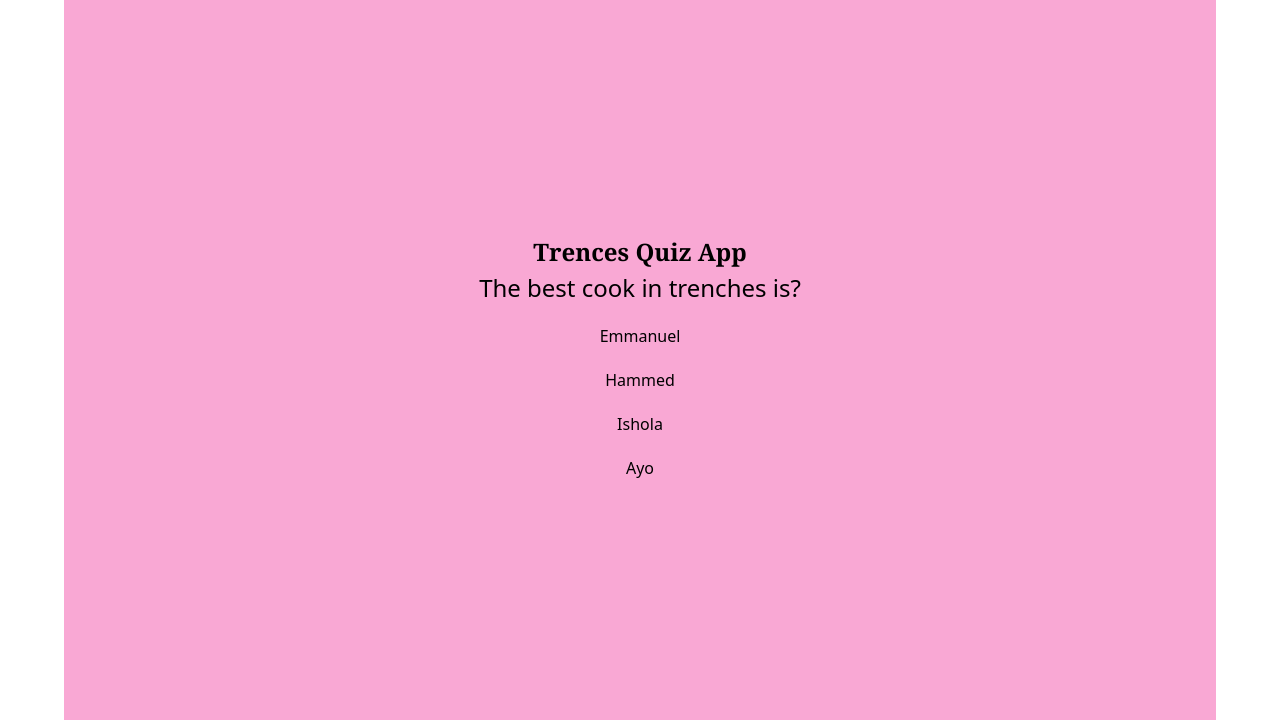
Repository: Semanmernstack/Quiz-react-app
Page: /, after clicking the first element matching `button`
The author's editor kept a copy of each file at every save. The page is drawn from the files as they stood at one save, then again after the next save.
The browser window is 1280 px wide. The pictures show the whole page.
The project was rebuilt for these pictures with package versions that can differ from the ones it lists, and the page was loaded fresh each time. Also part of the build but not shown: src/components/End.js.

Above is the page before, as saved 2023-01-29 07:41:15.

After the next save:
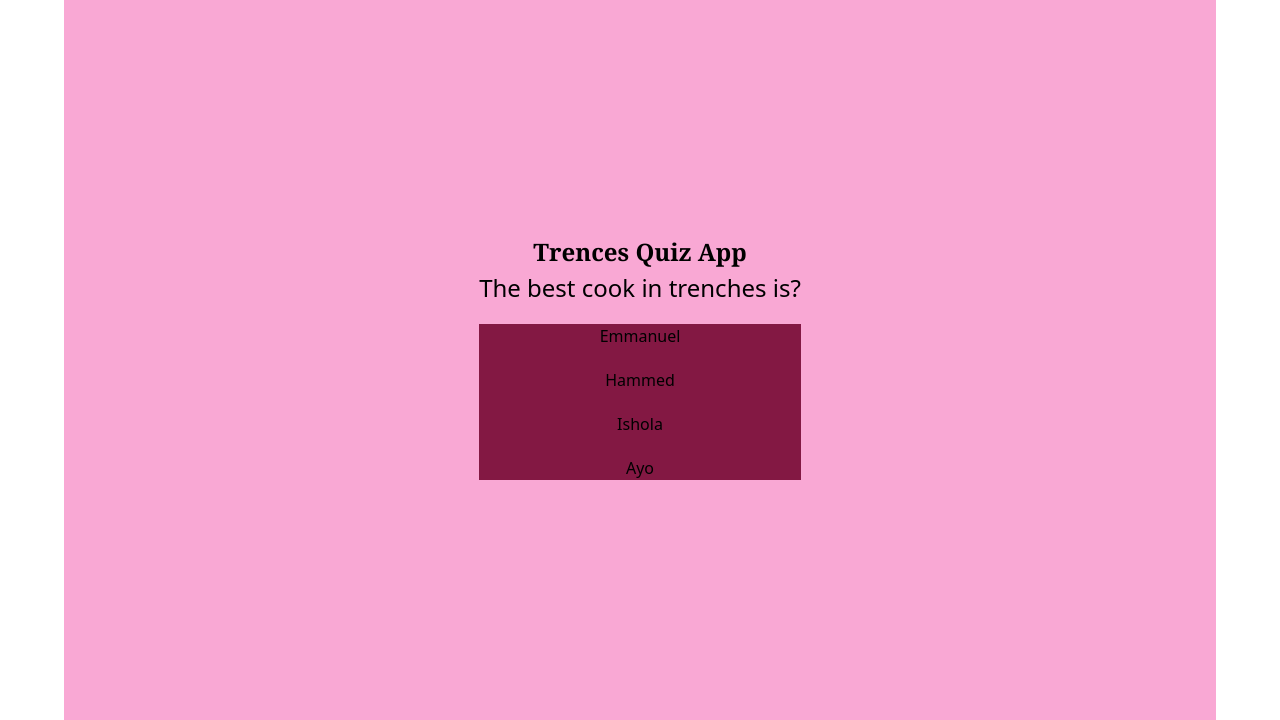
Saved 18 s later.
--- a/src/components/Quiz.js
+++ b/src/components/Quiz.js
@@ -8,7 +8,7 @@
   return (
     <div className=" p-1 rounded-xl   ">
         <h1 className="text-2xl">{Question[current].prompt}</h1>
-        <div className="flex mt-5 flex-col gap-5">
+        <div className="flex mt-5 bg-pink-900 flex-col gap-5">
             <button>{Question[current].optionA}</button>
             <button>{Question[current].optionB}</button>
             <button>{Question[current].optionC}</button>

After the save that followed:
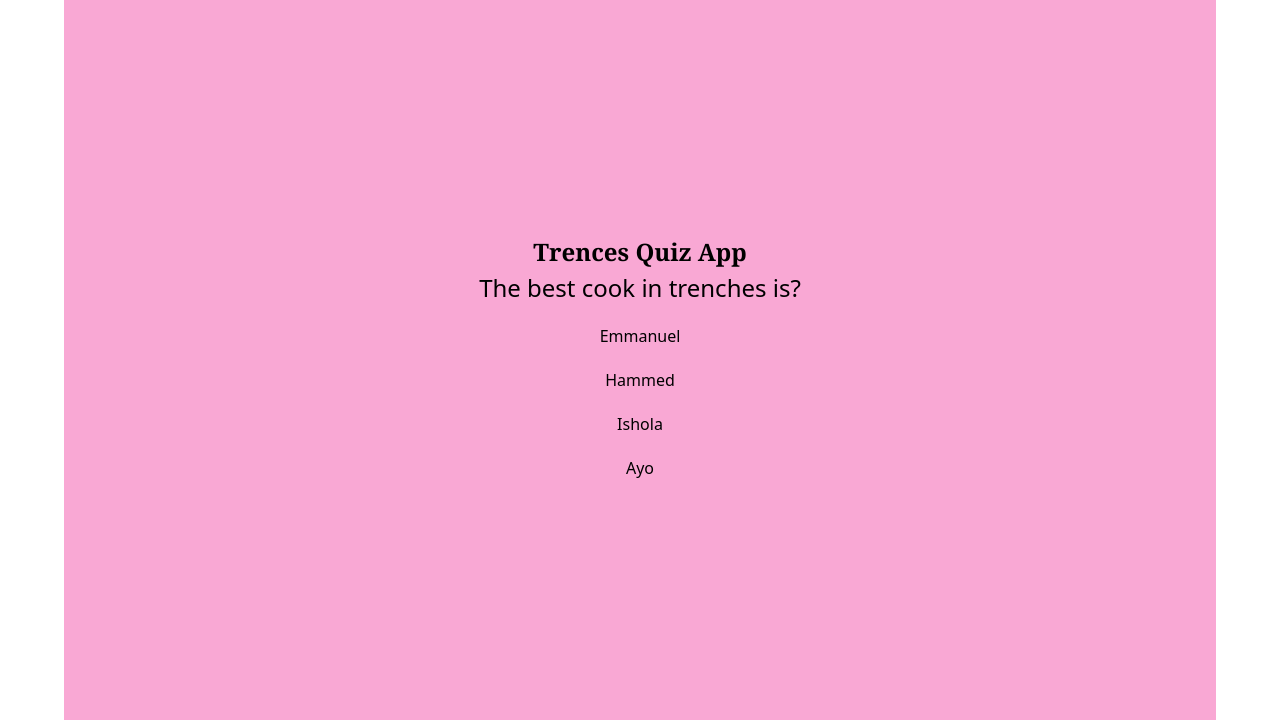
Saved 17 s later.
--- a/src/components/Quiz.js
+++ b/src/components/Quiz.js
@@ -8,7 +8,7 @@
   return (
     <div className=" p-1 rounded-xl   ">
         <h1 className="text-2xl">{Question[current].prompt}</h1>
-        <div className="flex mt-5 bg-pink-900 flex-col gap-5">
+        <div className="flex mt-5  flex-col gap-5">
             <button>{Question[current].optionA}</button>
             <button>{Question[current].optionB}</button>
             <button>{Question[current].optionC}</button>
